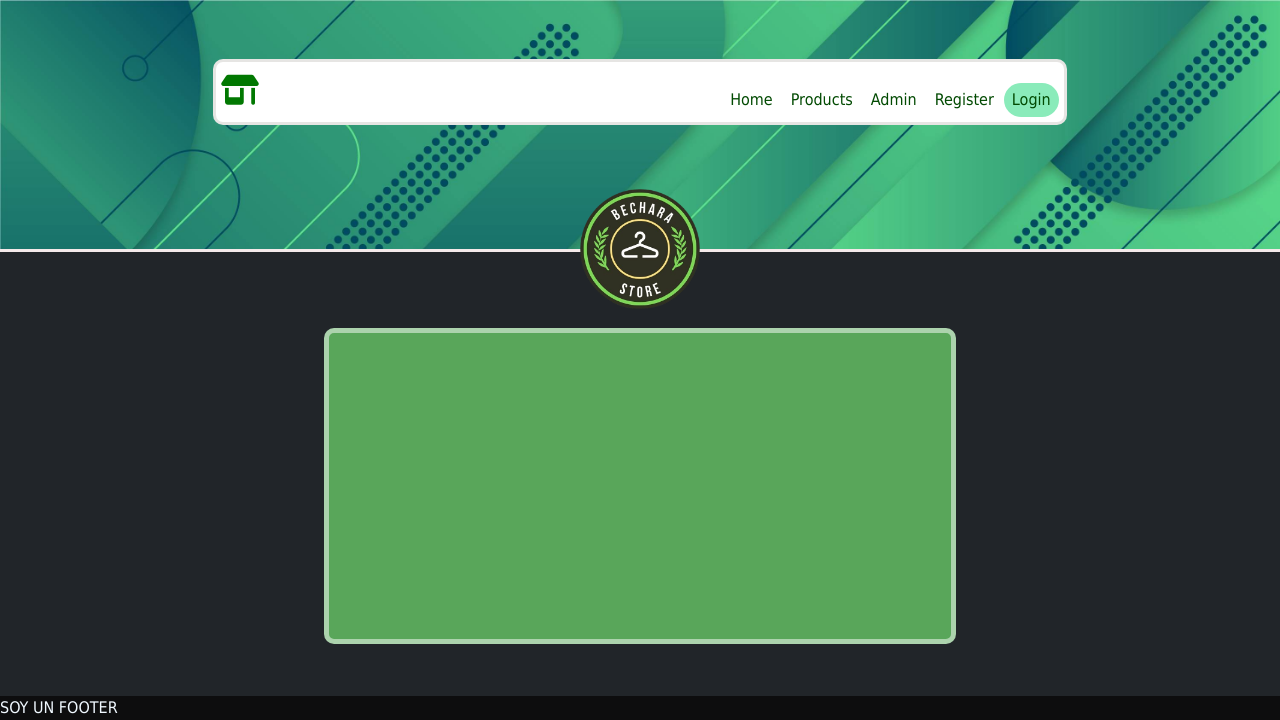
Repository: bechara611/becharastore
Page: /auth
These files come from the project's save history. The page is drawn as it stood at one moment and after the next save; the edit follows.
The browser window is 1280 px wide. The pictures show the whole page.
The project was rebuilt for these pictures with package versions that can differ from the ones it lists, and the page was loaded fresh each time. Also part of the build but not shown: src/Auth/components/Register.jsx.

Above is the page before, as saved 2023-01-27 15:32:06.

After the next save:
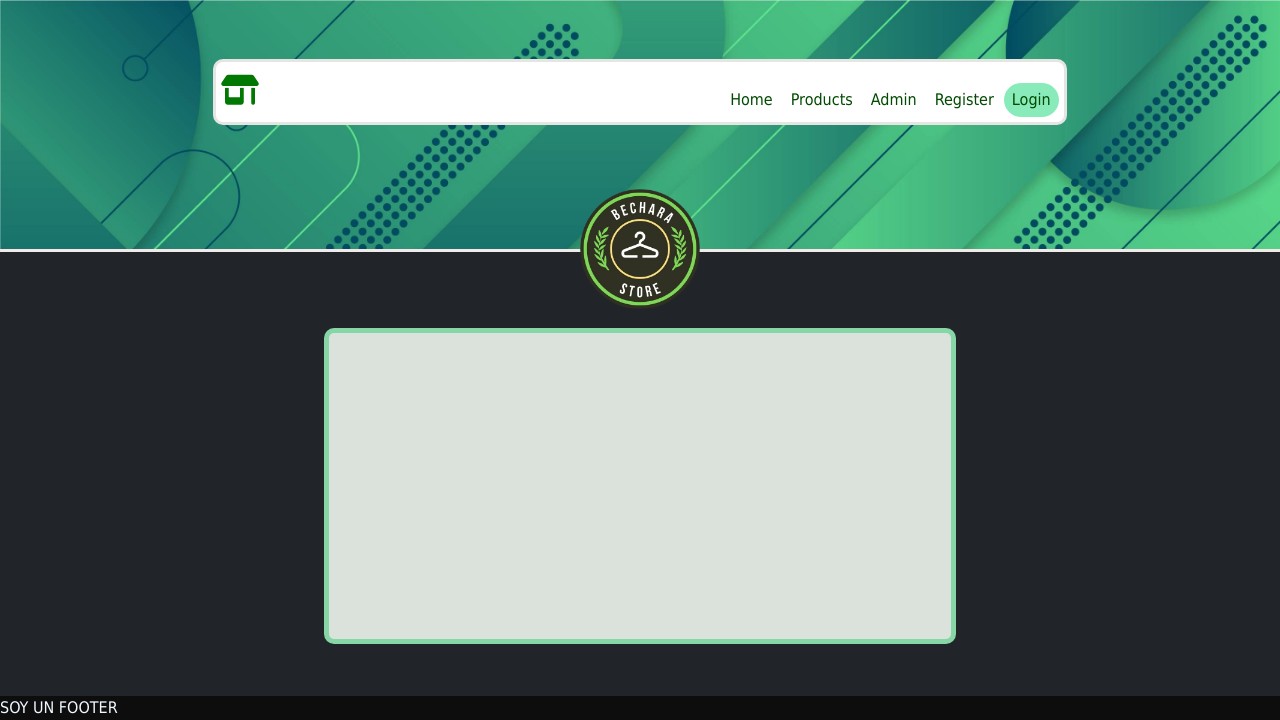
Saved 24 s later.
--- a/src/Auth/components/Login.css
+++ b/src/Auth/components/Login.css
@@ -11,8 +11,8 @@
 }
 
 .contenedor-form {
-    background: rgb(96, 181, 96,.9);
+    background: rgba(240, 248, 240, 0.9);
     border-radius: 10px;
-    border: 5px solid rgb(255, 255, 255,.5);
+    border: 5px solid rgba(53, 202, 115, 0.5);
     height: 70%;
 }

After the save that followed:
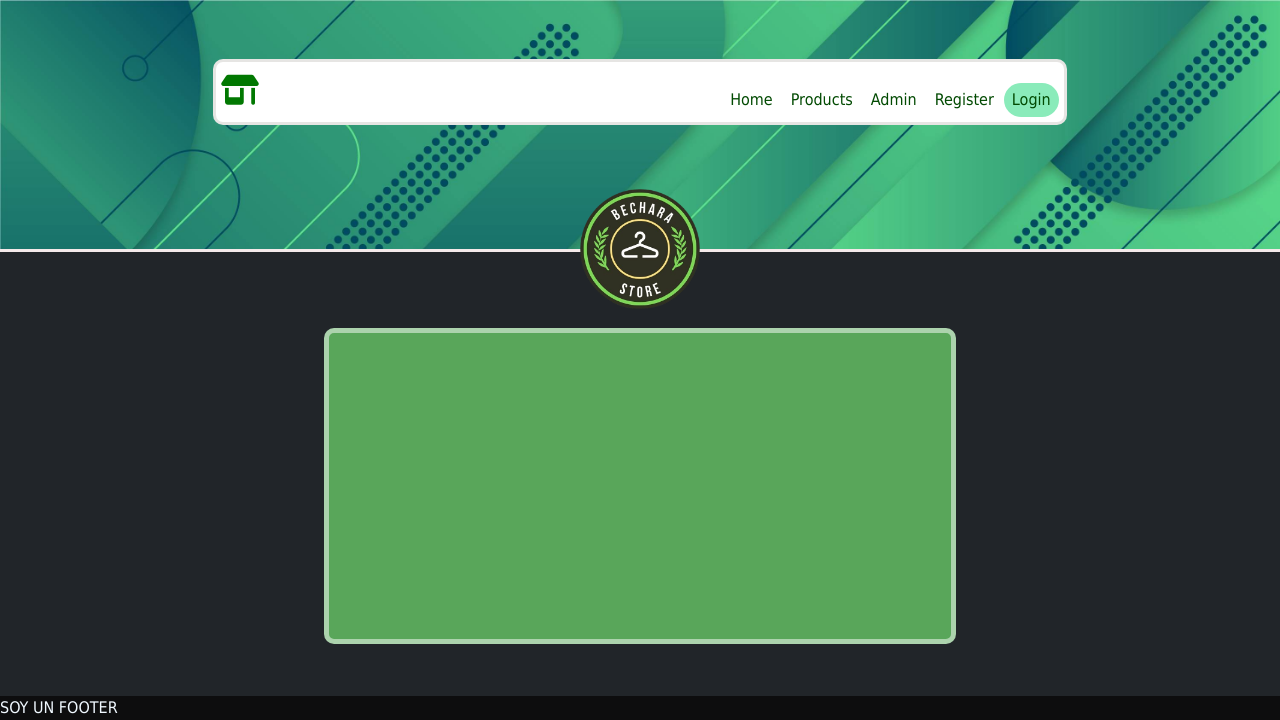
Saved 13 s later.
--- a/src/Auth/components/Login.css
+++ b/src/Auth/components/Login.css
@@ -11,8 +11,8 @@
 }
 
 .contenedor-form {
-    background: rgba(240, 248, 240, 0.9);
+    background: rgb(96, 181, 96,.9);
     border-radius: 10px;
-    border: 5px solid rgba(53, 202, 115, 0.5);
+    border: 5px solid rgb(255, 255, 255,.5);
     height: 70%;
 }
